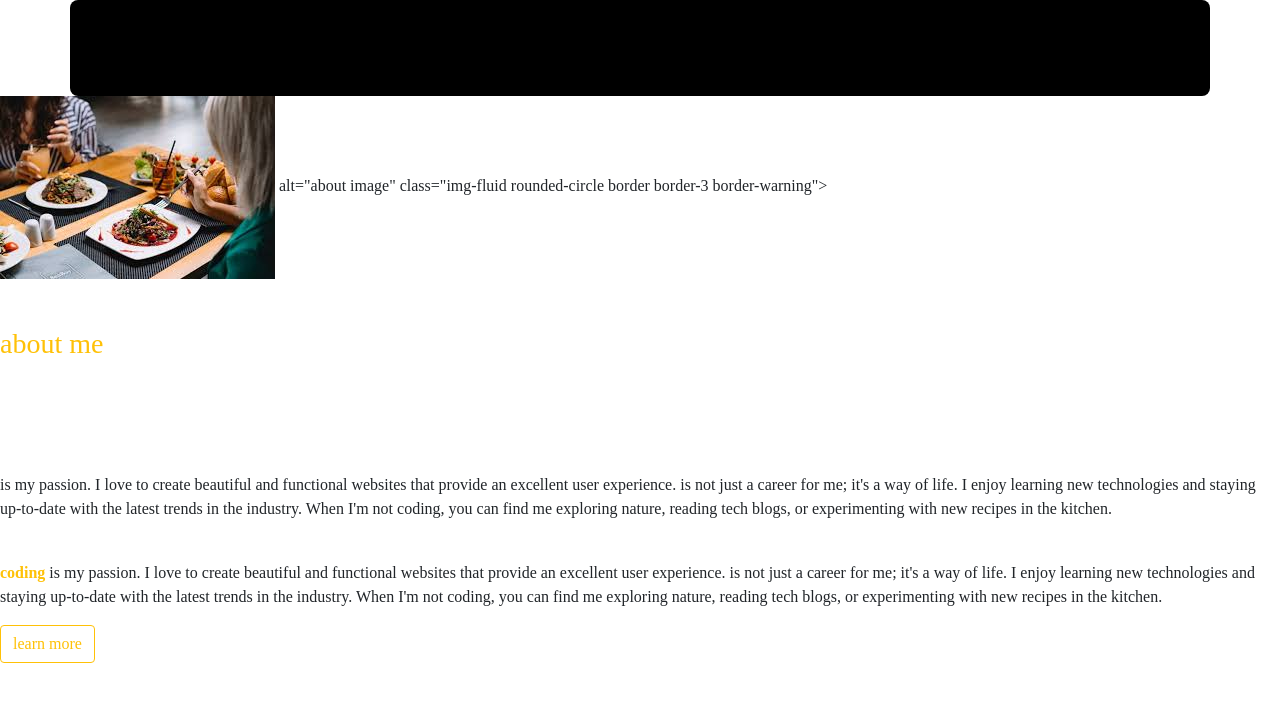
Repository: abeera518/part-2
Page: about.html
An editor plug-in stored every save of this project. The page is shown before and after the next save, followed by the edit.
The browser window is 1280 px wide. The pictures show the whole page.

Above is the page before, as saved 2025-11-20 23:20:27.

### about.html
<html lang="en">

<head>
    <meta charset="UTF-8">
    <meta name="viewport" content="width=device-width, initial-scale=1.0">
    <link href="https://cdn.jsdelivr.net/npm/bootstrap@5.0.2/dist/css/bootstrap.min.css" rel="stylesheet"
        integrity="sha384-EVSTQN3/azprG1Anm3QDgpJLIm9Nao0Yz1ztcQTwFspd3yD65VohhpuuCOmLASjC" crossorigin="anonymous">
    <link rel="stylesheet" href="style.css">
    <title>Document</title>
</head>

<body>
    <div id="about" class="container about p-5"></div>
    <div class="row"></div>
    <div class="col-6"></div>
    <img src=download.jpg> alt="about image" class="img-fluid rounded-circle border border-3 border-warning">
    <div class="col-6 pt-5 pl-5 pb-5 text-white">
        <h3 class="text-warning">about me</h3>
        <h1 class="m-heading">a little bit about me</h1>
    </div>
    <p>
        <b class="text-warning"> </b> is my passion. I love to create beautiful and functional websites that
        provide an excellent user experience.<b class="text-warning"></b> is not just a career for me; it's a way of
        life. I enjoy learning new technologies and staying up-to-date with the latest trends in the industry. When I'm
        not coding, you can find me exploring nature, reading tech blogs, or experimenting with new recipes in the
        kitchen.
    </p>
    <br />
    <p>
        <b class="text-warning">coding</b> is my passion. I love to create beautiful and functional websites that
        provide an excellent user experience.<b class="text-warning"></b> is not just a career for me; it's a way of
        life. I enjoy learning new technologies and staying up-to-date with the latest trends in the industry. When I'm
        not coding, you can find me exploring nature, reading tech blogs, or experimenting with new recipes in the
        kitchen.
    </p>
    <button class="btn btn-outline-warning">learn more</button>
</body>

</html>

### style.css
html {
    scroll-behavior: smooth;
}

body {
    background-color: black(9, 83, 148);
    font-family: "Baloo Tamma 2", cursive;
}

.m-heading {
    font-family: "Roboto slab", serif;
}

.text-white {
    color: rgb(218, 23, 23);
}

.main-container {
    height: 100vh;
    display: flex;
    justify-content: center;
    align-items: center;
    flex-direction: column;
    background-image: url(download.jpg);
    background-repeat: no-repeat;
    background-size: cover;
    background-attachment: fixed;
}

.main row {
    display: flex;
    justify-content:
        center;
    align-items: center;
}

.main row h1 {
    font-size: 5rem
}

.main_row img {
    width: auto;
    height: 100vh;
}

.about {
    background: black;
    border-radius: 0.5rem;
}

.card {
    border-bottom: 8px solid
}

After the next save:
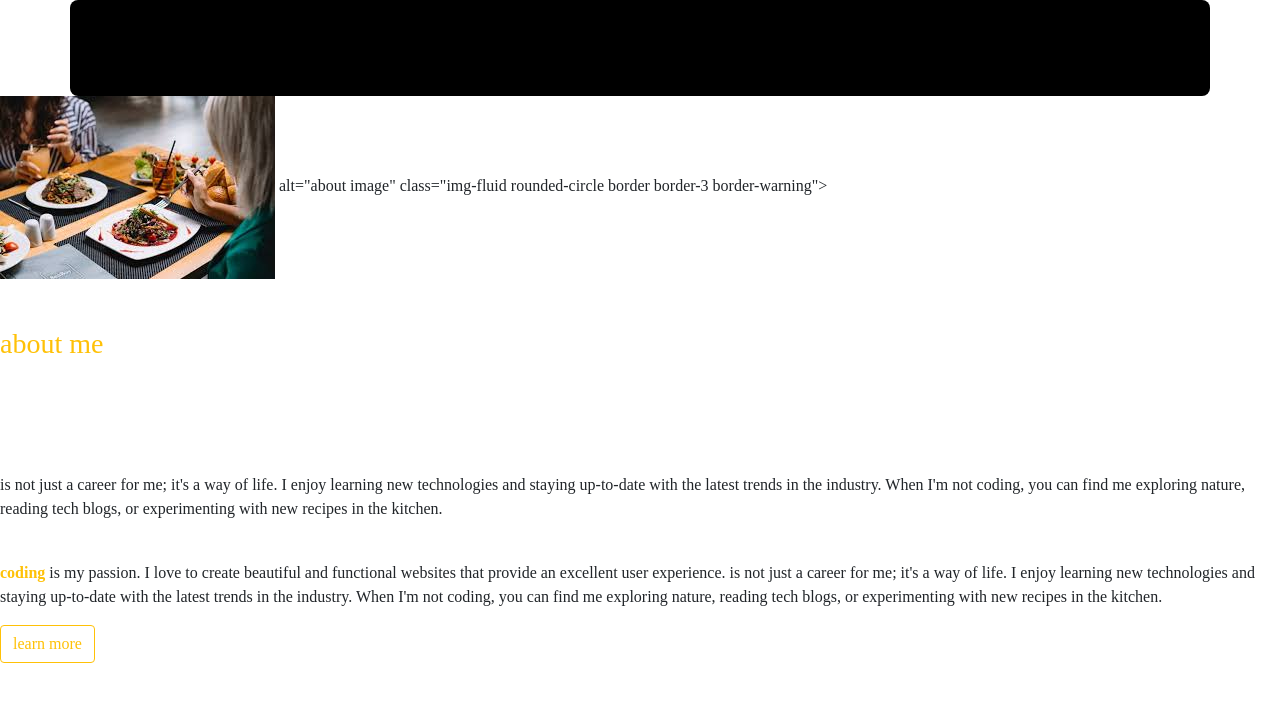
Saved 6 s later.
--- a/about.html
+++ b/about.html
@@ -19,8 +19,7 @@
         <h1 class="m-heading">a little bit about me</h1>
     </div>
     <p>
-        <b class="text-warning"> </b> is my passion. I love to create beautiful and functional websites that
-        provide an excellent user experience.<b class="text-warning"></b> is not just a career for me; it's a way of
+        <b class="text-warning"> </b> <b class="text-warning"></b> is not just a career for me; it's a way of
         life. I enjoy learning new technologies and staying up-to-date with the latest trends in the industry. When I'm
         not coding, you can find me exploring nature, reading tech blogs, or experimenting with new recipes in the
         kitchen.
